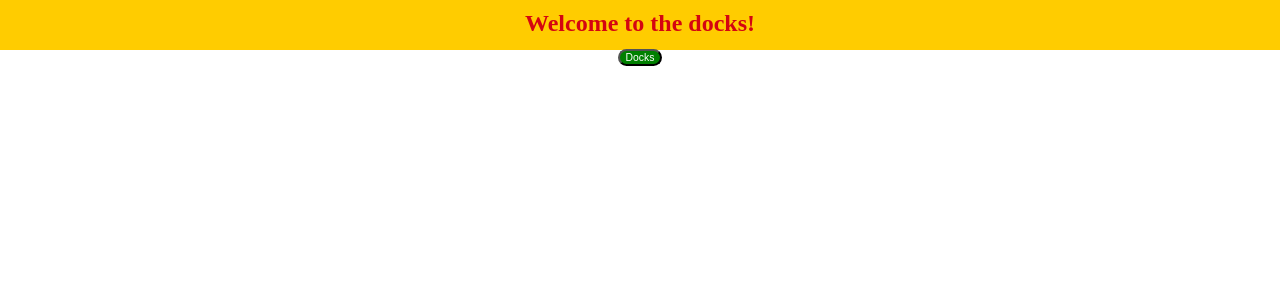
Repository: charliejp0311/java-final-proj
Page: dockWalk-frontend/index.html
The author's editor kept a copy of each file at every save. The page is drawn from the files as they stood at one save, then again after the next save.
The browser window is 1280 px wide. The pictures show the whole page.
The page's requests for data from a server got no answer.

Above is the page before, as saved 2020-08-27 16:14:51.

After the next save:
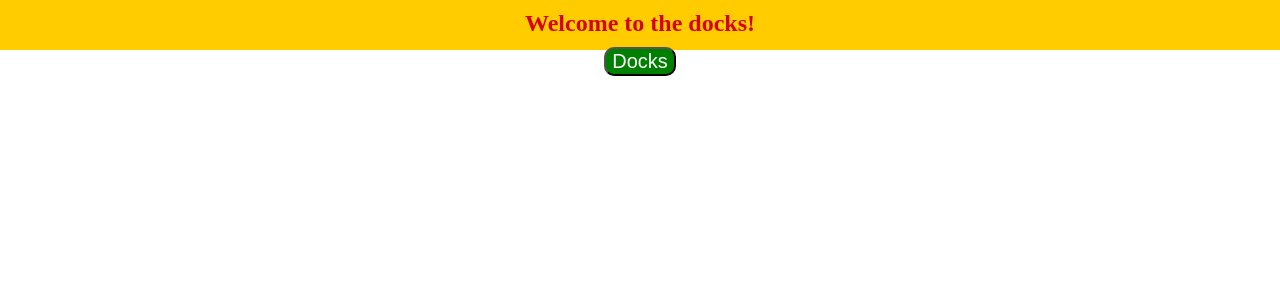
Saved 49 s later.
--- a/dockWalk-frontend/style.css
+++ b/dockWalk-frontend/style.css
@@ -48,7 +48,7 @@ li {
 }
 
 button {
-    font-size: .65em;
+    font-size: 1.25em;
     color: #fff;
     background-color: green;
     border-radius: 10px;
